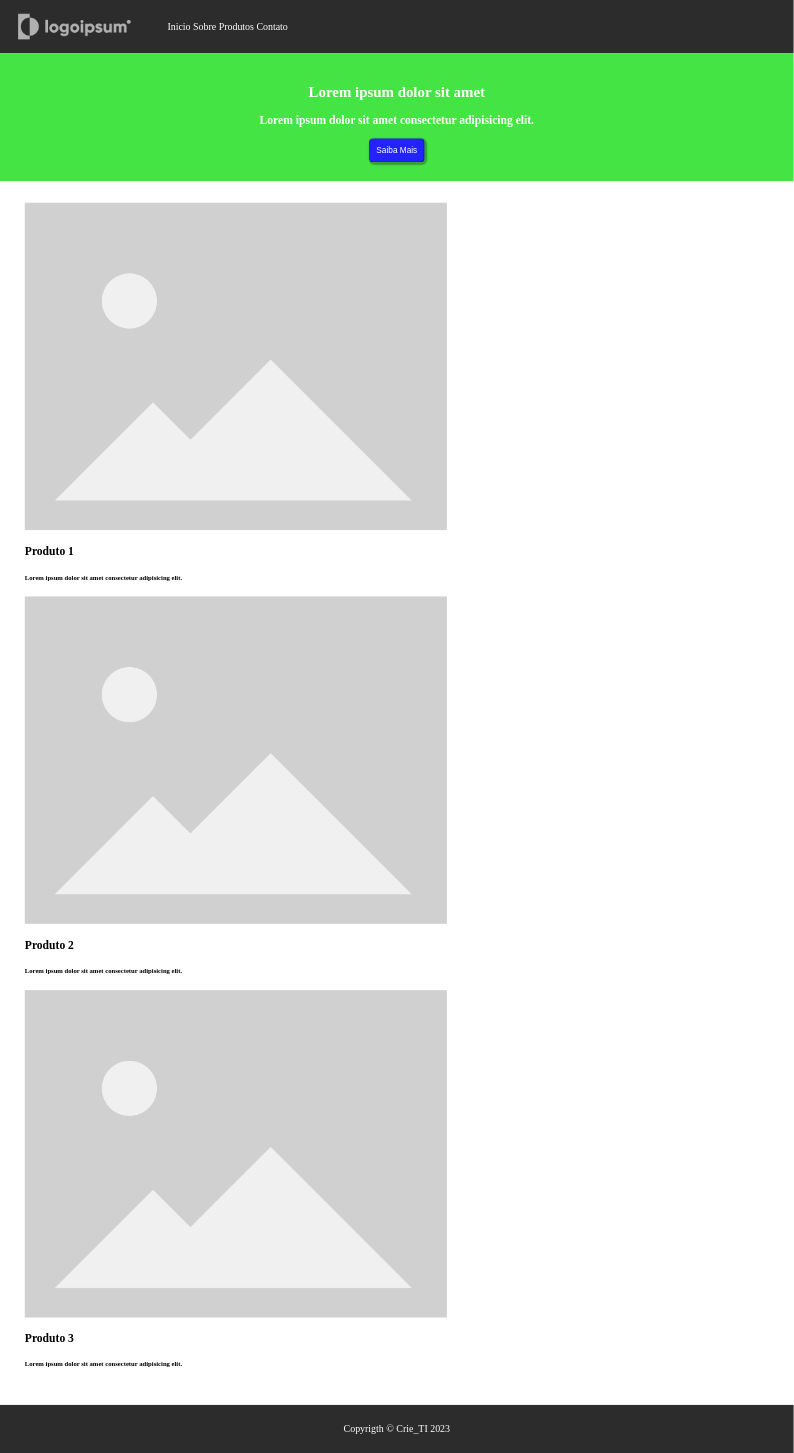
Repository: robsonwssantos/Projeto_Olaria
Page: Exercicios/ex.01/index.html
These files come from the project's save history. The page is drawn as it stood at one moment and after the next save; the edit follows.
The browser window is 1280 px wide. The pictures show the whole page, at 62% of full size.

Above is the page before, as saved 2023-04-21 11:09:11.

After the next save:
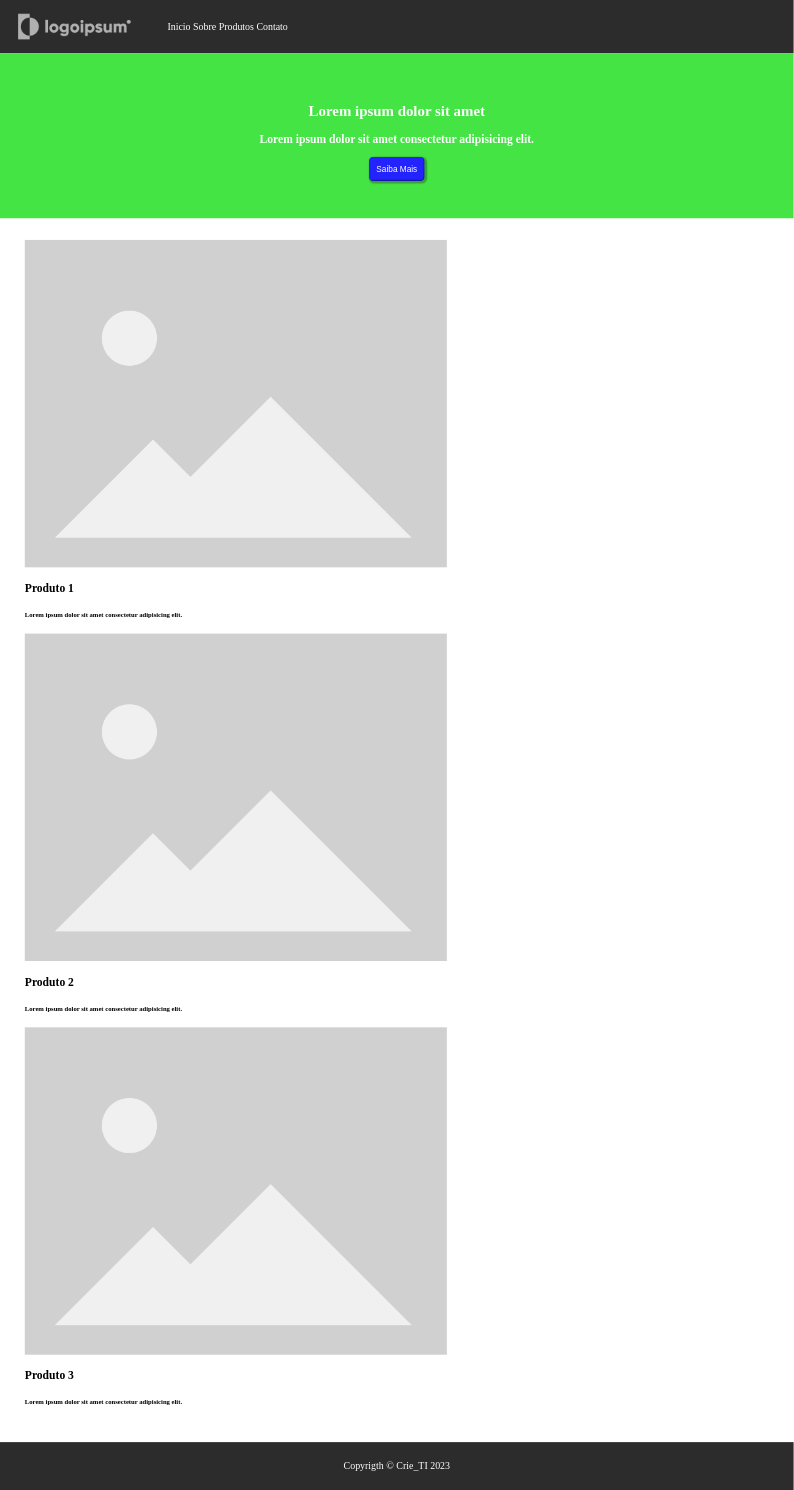
Saved 86 s later.
--- a/Exercicios/ex.01/index.html
+++ b/Exercicios/ex.01/index.html
@@ -20,7 +20,7 @@
             color: #fff;
             background-color: rgb(68, 228, 68);
             text-align: center;
-            padding: 30px 30px 30px 30px;
+            padding: 60px 60px 60px 60px;
         }
 
         .botao {
